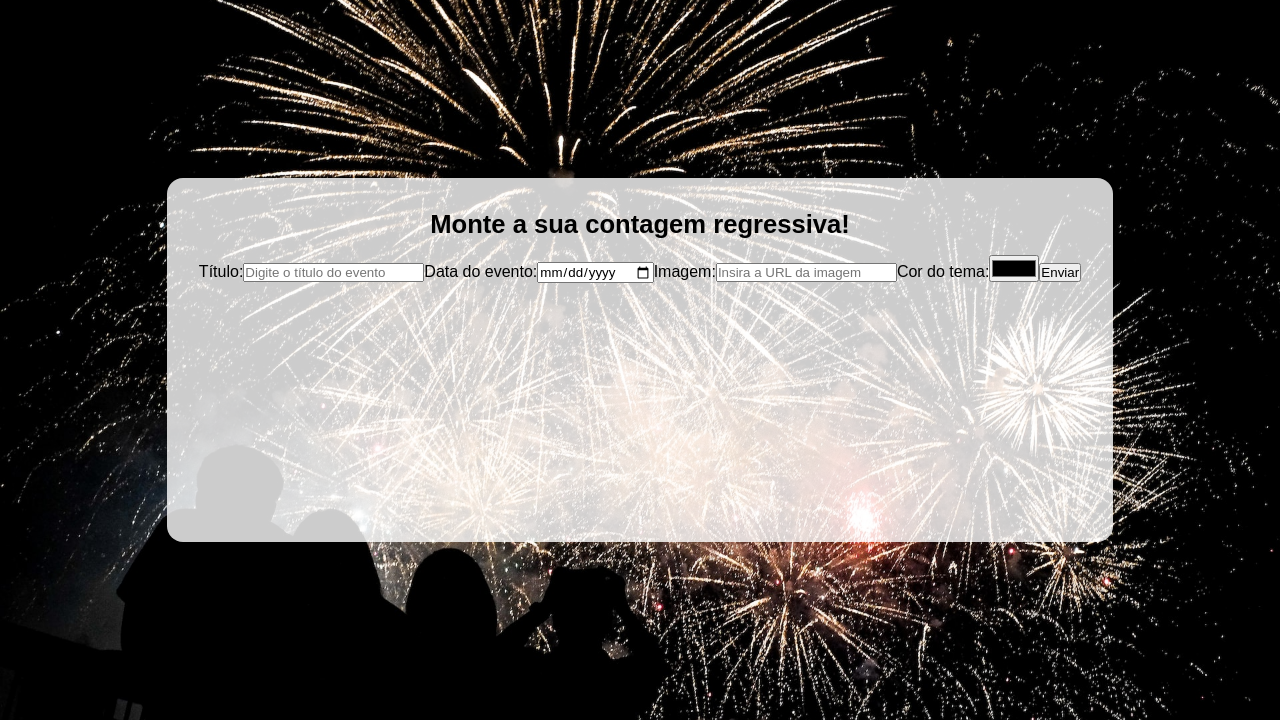
Repository: Bitroia/countdown_timer
Page: / (app in countdown/)
An editor plug-in stored every save of this project. The page is shown before and after a run of saves, followed by the edit.
The browser window is 1280 px wide. The pictures show the whole page.
The project was rebuilt for these pictures with package versions that can differ from the ones it lists, and the page was loaded fresh each time. Also part of the build but not shown: countdown/vite.config.js, countdown/src/components/Title.css, countdown/src/components/Title.jsx, countdown/src/components/Counter.css, countdown/src/components/Counter.jsx, countdown/src/routes/Countdown.jsx.

Above is the page before, as saved 2026-07-07 20:11:15.

### countdown/index.html
<!doctype html>
<html lang="en">
  <head>
    <meta charset="UTF-8" />
    <link rel="icon" type="image/svg+xml" href="/favicon.svg" />
    <meta name="viewport" content="width=device-width, initial-scale=1.0" />
    <title>countdown</title>
  </head>
  <body>
    <div id="root"></div>
    <script type="module" src="/src/main.jsx"></script>
  </body>
</html>

### countdown/src/main.jsx
import { StrictMode } from "react";
import { createRoot } from "react-dom/client";
import "./index.css";
import App from "./App.jsx";

import { createBrowserRouter, RouterProvider } from "react-router-dom";

//!Pages

import Home from "./routes/Home.jsx";
import Countdown from "./routes/Countdown.jsx";

const router = createBrowserRouter([
  {
    path: "/",
    element: <App />,
    children: [
      {
        path: "/",
        element: <Home />,
      },
      {
        path: "/countdown",
        element: <Countdown />,
      },
    ],
  },
]);

createRoot(document.getElementById("root")).render(
  <StrictMode>
    <RouterProvider router={router} />
  </StrictMode>,
);

### countdown/src/index.css
* {
  margin: 0;
  padding: 0;
  font-family: Arial, Helvetica, sans-serif;

}

body {
  min-height: 100vh;
}

### countdown/src/App.jsx
import "./App.css";
import NewYear from "./assets/newyear.jpg";
import useCountdown from "./hooks/useCountdown";
import { Outlet } from "react-router-dom";

function App() {

  return (
    <div className="app" style={{ backgroundImage: `url(${NewYear})` }}>
      <div className="container">
        <Outlet/>
        </div>

      </div>
  );
}

export default App;

### countdown/src/routes/Home.jsx
import React from "react";
import "./Home.css";

const Home = () => {
  return (
    <div className="home">
      <h2>Monte a sua contagem regressiva!</h2>
      <form className="countdown-form">
        <label>
          <span>Título:</span>
          <input
            type="text"
            name="title"
            placeholder="Digite o título do evento"
          />
        </label>

        <label>
          <span>Data do evento:</span>
          <input type="date" name="date" />
        </label>
        <label>
          <span>Imagem:</span>
          <input
            type="text"
            name="image"
            placeholder="Insira a URL da imagem"
          />
        </label>
        <label>
          <span>Cor do tema:</span>
          <input type="color" name="color" />
        </label>
        <input type="submit" value="Enviar" />
      </form>
    </div>
  );
};

export default Home;

### countdown/src/App.css
.app {
  min-height: 100vh;
  background-size: cover;
  background-position: center;
  display: flex;
  justify-content: center;
  align-items: center;
}

.container {
  min-width: 50%;
  min-height: 300px;
  background-color: rgba(255, 255, 255, 0.8);
  padding: 2rem;
  border-radius: 1rem;
}

.countdown-container {
  display: flex;
  justify-content: center;
  align-items: center;
  height: 200px;
  gap: 2rem;
}

### countdown/src/hooks/useCountdown.jsx
import { useState } from "react";

const useCountdown = (date) => {
  const [day, setDay] = useState();
  const [hour, setHour] = useState();
  const [minute, setMinute] = useState();
  const [second, setSecond] = useState();

  const countdown = () => {

    const countDate = new Date(date).getTime();
    const now = new Date().getTime();
    const interval = countDate - now;

    const second = 1000;
    const minute = second * 60;
    const hour = minute * 60;
    const day = hour * 24;

    const dayNumber = Math.floor(interval / day);
    const hourNumber = Math.floor((interval % day) / hour);
    const minuteNumber = Math.floor((interval % hour) / minute);
    const secondNumber = Math.floor((interval % minute) / second);

    setDay(dayNumber);
    setHour(hourNumber);
    setMinute(minuteNumber);
    setSecond(secondNumber);
  };

  setInterval(countdown, 1000);
  return [day,hour,minute,second];
};

export default useCountdown;

### countdown/src/routes/Home.css
.home h2{
    text-align: center;
    font-size: 1.6rem;
    margin-bottom: 1rem
}

.count

After the next 2 saves:
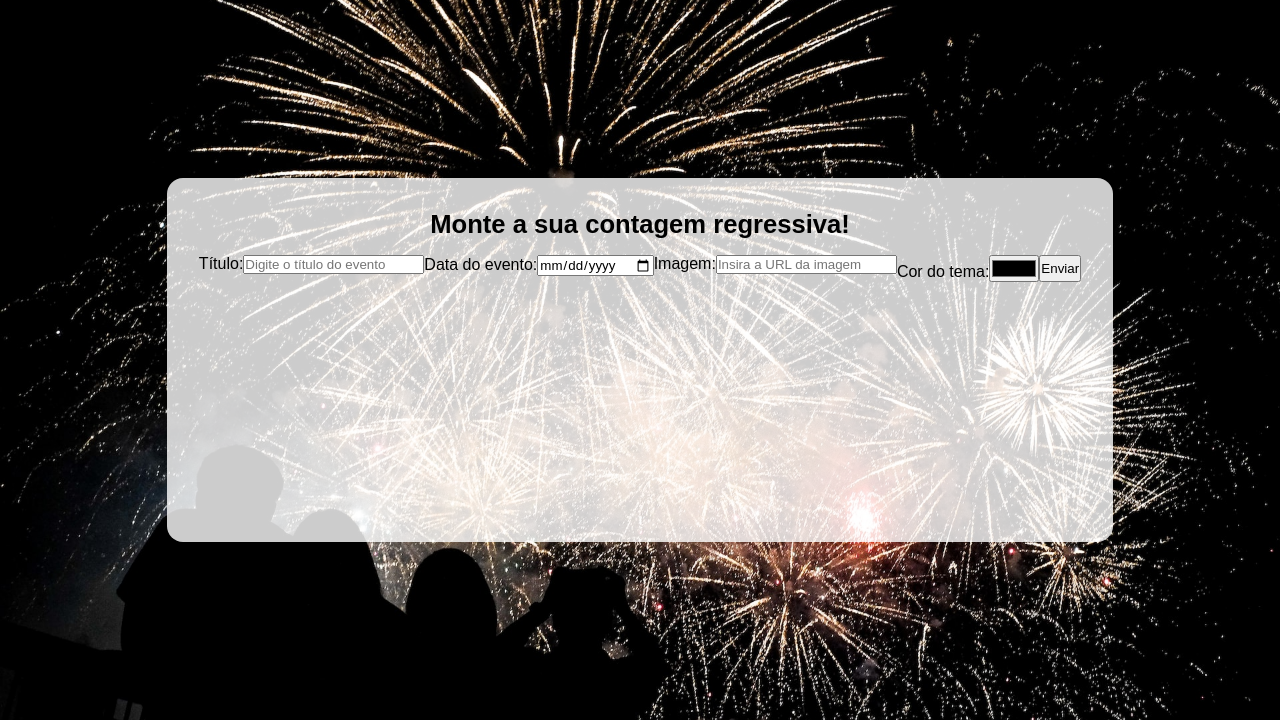
The 2 saves are shown as one change because they came seconds apart.
The last was saved 9 s later.
--- a/countdown/src/routes/Home.css
+++ b/countdown/src/routes/Home.css
@@ -4,4 +4,7 @@
     margin-bottom: 1rem
 }
 
-.count
+.countdown-form{
+    display: flex;
+
+}
